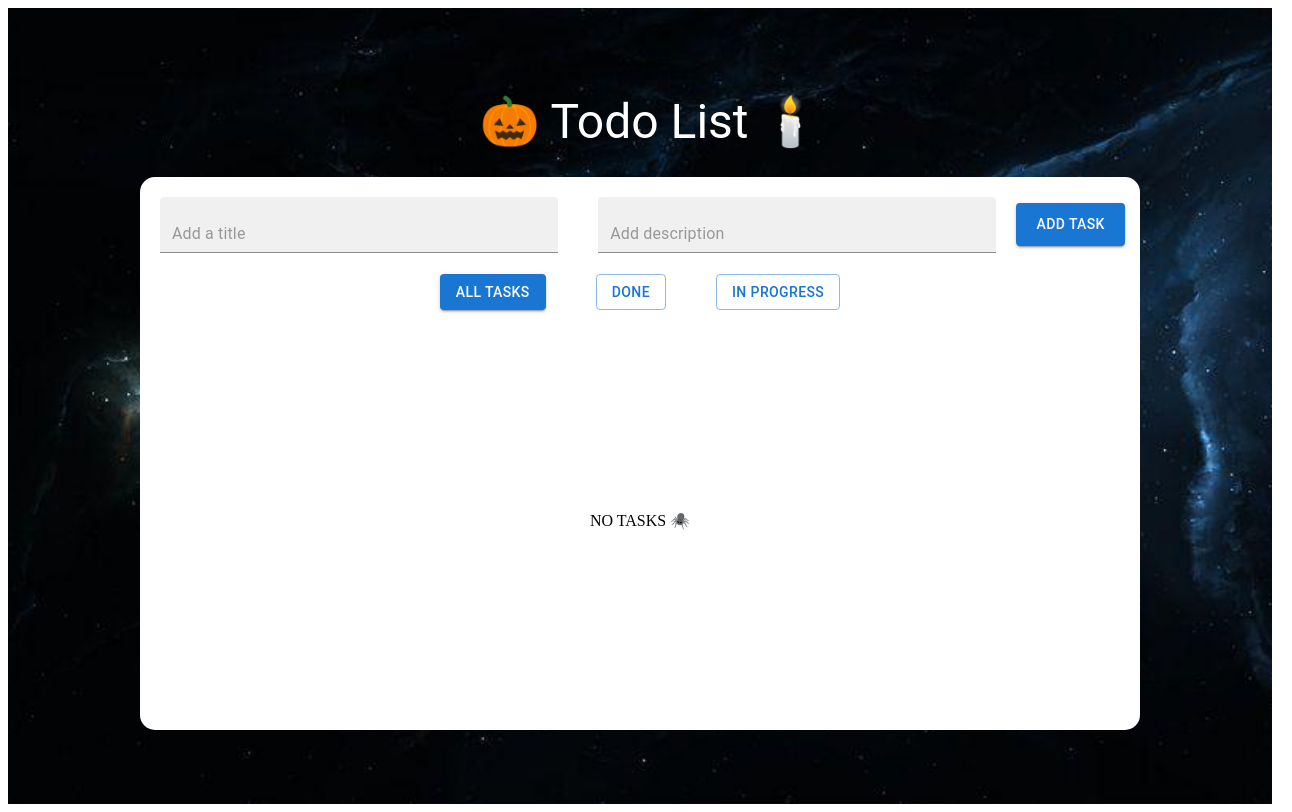
Repository: Tracy-maker/TodoList
Page: /
An editor plug-in stored every save of this project. The page is shown before and after the next save, followed by the edit.
The browser window is 1280 px wide. The page is 1292 px wide, so the pictures cover 1292 px, including what lies to the right of the window. The pictures show the whole page.
The project was rebuilt for these pictures with package versions that can differ from the ones it lists, and the page was loaded fresh each time. Also part of the build but not shown: src/components/TaskEdit.js, src/components/TaskShow.js.

Above is the page before, as saved 2023-09-21 08:06:55.

After the next save:
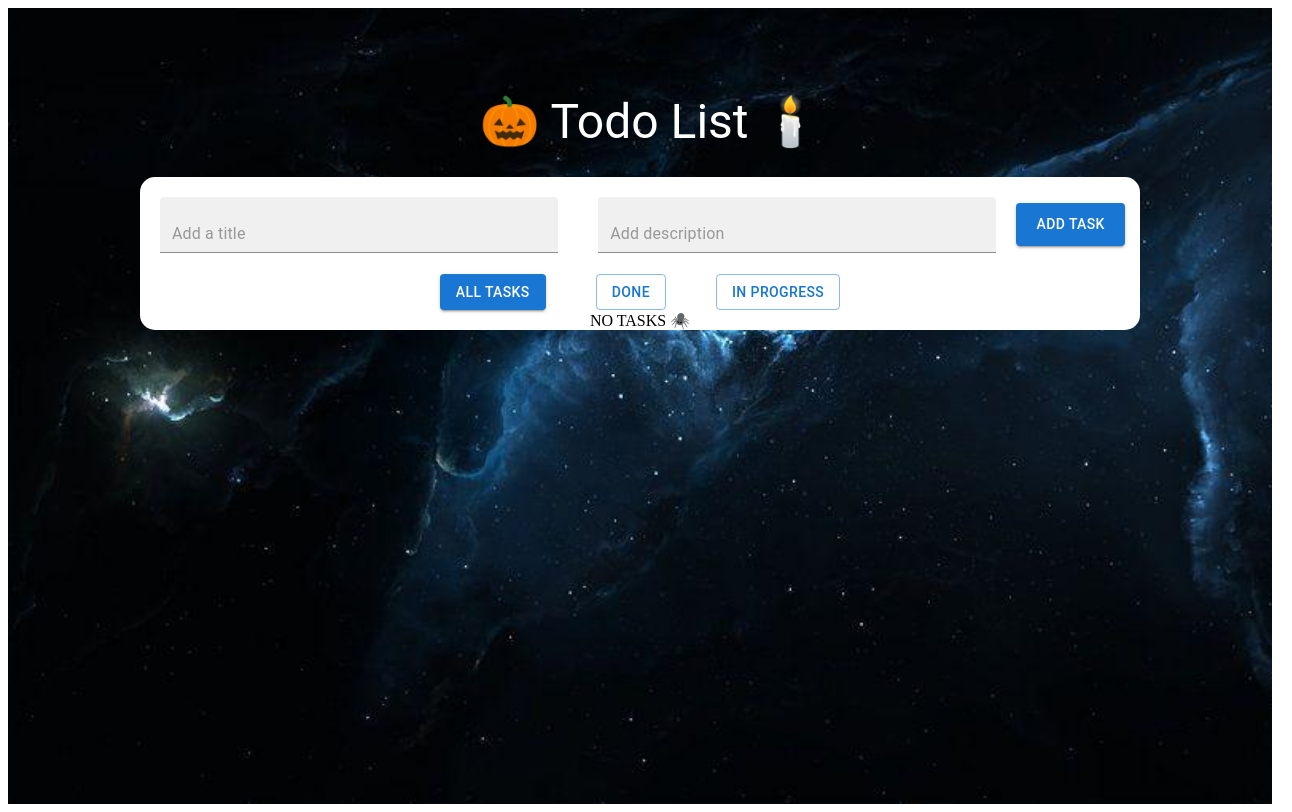
Saved 21 s later.
--- a/src/components/TaskList.js
+++ b/src/components/TaskList.js
@@ -5,7 +5,7 @@
 
 const Reminder = styled(Box)`
   text-align: center;
-  padding: ${props => props.noTasks ? "0" : "20%"};
+  padding: ${props => props.noTasks ? "20%" : "0"};
 `;
 
 function TaskList(props) {

After the 2 saves that followed:
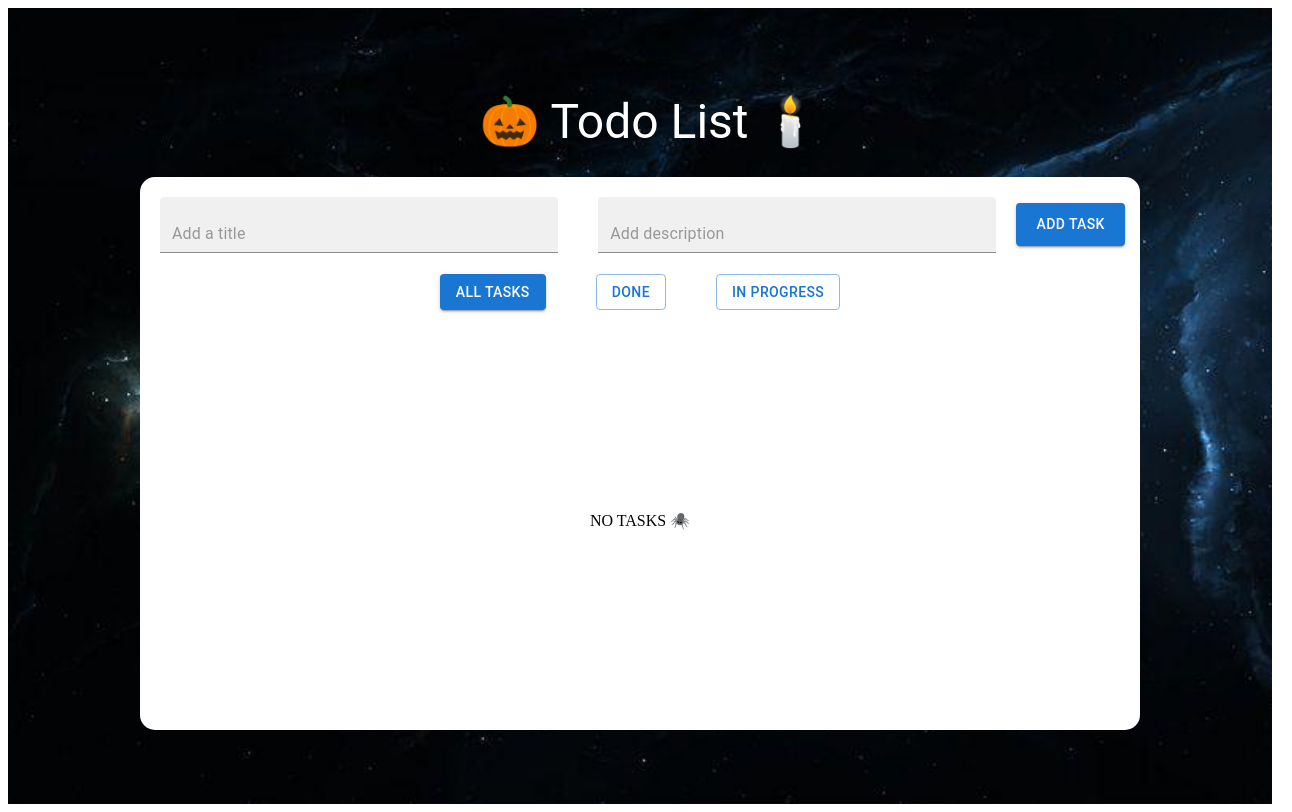
The 2 saves are shown as one change because they came seconds apart.
The last was saved 65 s later.
--- a/src/components/TaskList.js
+++ b/src/components/TaskList.js
@@ -5,7 +5,7 @@
 
 const Reminder = styled(Box)`
   text-align: center;
-  padding: ${props => props.noTasks ? "20%" : "0"};
+  padding: ${(props) => (props.noTasks ? "20%" : "0")};
 `;
 
 function TaskList(props) {
@@ -23,7 +23,10 @@
 
   return (
     <>
-      <Reminder> {props.tasks.length === 0 && "NO TASKS 🕷️"}</Reminder>
+      <Reminder noTasks={props.tasks.length === 0}>
+        {" "}
+        {props.tasks.length === 0 && "NO TASKS 🕷️"}
+      </Reminder>
       {renderedTasksList}
     </>
   );
